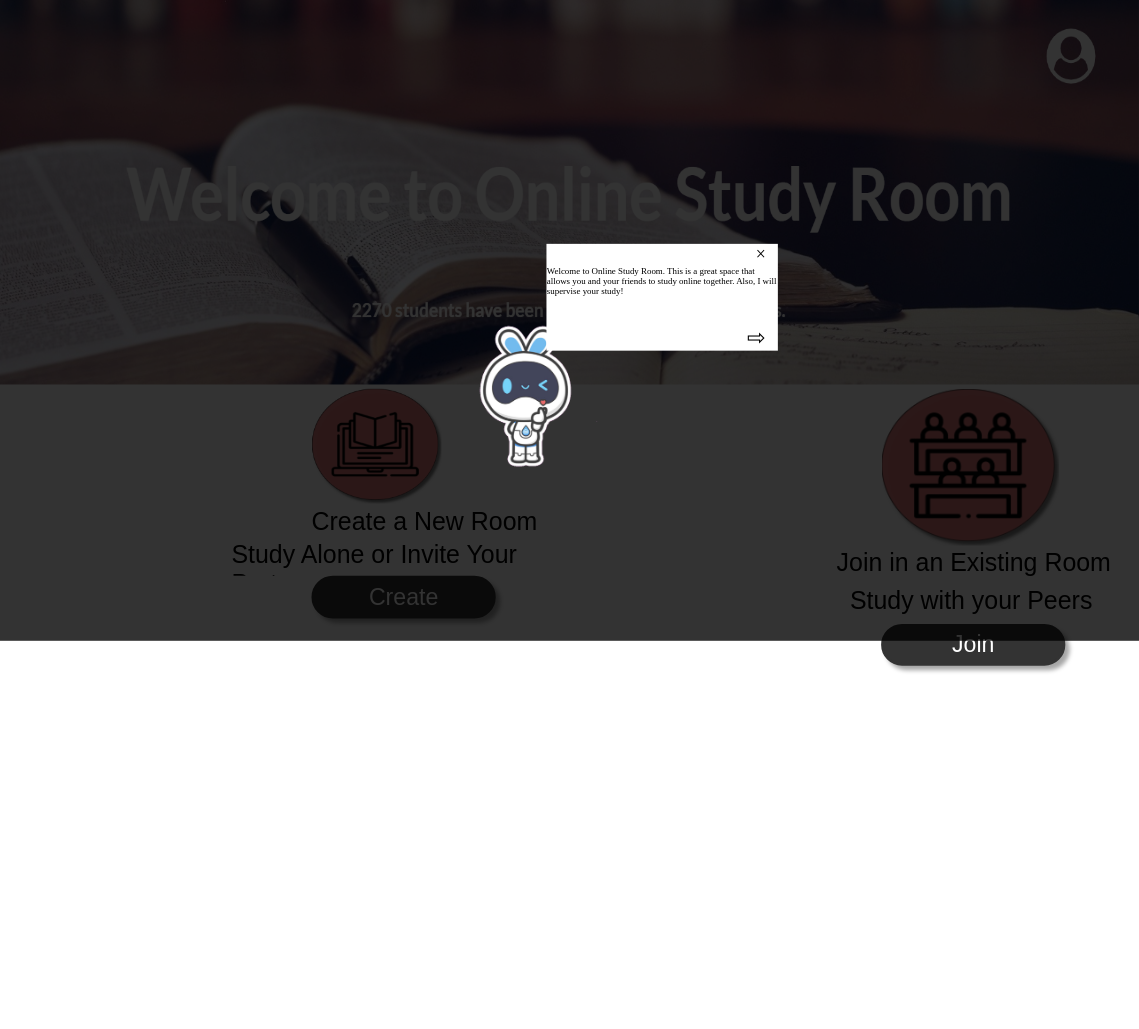
Repository: Team-Extrememe/Online-Study-Room
Page: home.html
An editor plug-in stored every save of this project. The page is shown before and after the next save, followed by the edit.
The browser window is 1280 px wide. The pictures show the whole page, at 89% of full size.

Above is the page before, as saved 2021-10-06 18:53:42.
Console error: TypeError: Cannot set properties of null (setting 'onclick')

### home.html
<!DOCTYPE html>
<html lang="en">
<head>
    <meta charset="UTF-8">
    <meta http-equiv="X-UA-Compatible" content="IE=edge">
    <meta name="viewport" content="width=device-width, initial-scale=1.0">
    <link rel="stylesheet" href="css/style.css">
    <script src="js/jquery-3.6.0.min.js" type="text/javascript"></script>
    <script type="text/javascript" src="js/javascript.js"></script>
    <title>Homepage</title>
</head>
<body>
    <img class="home" src="images/home.png" alt="home_header">
    <a href="login.html" class="account"></a>
    <img class="rabbit" src="images/rabbit1.png" alt="guide_rabbit">
    <div id="light3" class="guide_div">
        <div class="guide_text">
            <div class="close_guide_button">&times;</div>
            <div class="text1">
                Welcome to Online Study Room.  This is a great space that allows you and your friends to study online together.  Also, I will supervise your study!
            </div>
            <div class="next">&#8680;</div>
        </div>
    </div>
    <img class="rabbit2" src="images/rabbit2.png" alt="guide_rabbit2">
    <div id="light4" class="guide_div2">
        <div class="guide_text2">
            <div class="close_guide_button2">&times;</div>
            <span>You can create your own study room here!</span>
            <div class="back">&#8678;</div>
            <div class="next2">&#8680;</div>
        </div>
    </div>
    <img class="rabbit3" src="images/rabbit3.png" alt="guide_rabbit3">
    <div id="light5" class="guide_div3">
        <div class="guide_text3">
            <div class="close_guide_button3">&times;</div>
            <span>Or you can join other's study room.</span>
            <div class="back2">&#8678;</div>
            <div class="next3">&#8680;</div>
        </div>
    </div>
    <img class="rabbit4" src="images/rabbit3.png" alt="guide_rabbit4">
    <div id="light6" class="guide_div4">
        <div class="guide_text4">
            <div class="close_guide_button4">&times;</div>
            <span>You can create an account and log in here.</span>
            <div class="back3">&#8678;</div>
            <div class="next4">&#8680;</div>
        </div>
    </div>
    <img class="rabbit5" src="images/rabbit4.png" alt="guide_rabbit5">
    <div id="light7" class="guide_div5">
        <div class="guide_text5">
            <span>So now, start your learning~ I will always be with you.</span>
            <div class="repeat">Repeat</div>
            <div class="end">Ok</div>
        </div>
    </div>

    <div class="room_container">
        <div class="create_room">
            <img src="images/create.png" alt="create_room">
            <div class="create_text">
                <span class="span1">Create a New Room</span>
                <span class="span2">Study Alone or Invite Your Partners</span>
                <button class="create">Create</button>
            </div>
        </div>
        <div class="join_room">
            <img src="images/join.png" alt="join_room">
            <div class="join_text">
                <span class="span3">Join in an Existing Room</span>
                <span class="span4">Study with your Peers</span>
                <button class="join">Join</button>
            </div>
        </div>
    </div>

    <div id="light" class="popup">
        <div class="close_button">&times;</div>
        <div class="room_type">
            <label>Private
                <input type="checkbox">
            </label>
            <label>Public
                <input type="checkbox">
            </label>
        </div>
        <div class="room_info">
            <label>Number of people:</label>
            <input type="text">
            <span>(Maxium is 6)</span>
            <br>
            <label>Time Setting:</label>
            <input id="time" type="time" step='1' min="00:00:00" max="24:00:00">
        </div>
        <div class="device">

        </div>
        <button class="confirm_create" onclick="location.href='main.html'">Create</button>
    </div>
    <div id="light2" class="popup2">
        <div class="close_button2">&times;</div>
        <img src="images/join2.png" alt="join_other_rooms">
        <div class="room_type">
            <label>Private
                <input type="checkbox">
            </label>
            <label>Public
                <input type="checkbox">
            </label>
        </div>
        <button class="confirm_join">Join</button>
    </div>
    <div id="fade" class="black_overlay"></div>
    <div id="fade1" class="black"></div>
</body>
</html>

### css/style.css

.login{
    background: linear-gradient(144.9063727226063deg , rgba(250, 205, 145, 1) 28.000000000000004%, rgba(250, 248, 145, 1) 92%);
    margin: 0;
    padding: 0;
    height: 100vh;
    overflow: hidden;
}

body{
    margin: 0;
    padding: 0;
    height: 100vh;
    overflow: hidden;
}

div{
    display: block;
}

.login_container{
    position: absolute;
    top: 50%;
    left: 50%;
    transform: translate(-50%, -50%);
    width: 860px;
    background: white;
    height: 900px;
}

.login_container h1{
    text-align: center;
    padding: 0 0 20px 0;
    padding-top: 50px;
}

.login_container h3{
    text-align: center;
    padding-bottom: 50px;
}

.login_container form{
    padding: 0 100px;
    box-sizing: border-box;
}

form .txt_field{
    position: relative;
    margin: 30px 0;
}

.txt_field input{
    width: 60%;
    padding: 5px 5px;
    height: 40px;
    font-size: 16px;
    position: relative;
    left: 140px;
    top: 10px;
    margin-bottom: 30px;
    background-color: #f9f9f9;
    border-style: solid;
    border-color:  #d3d3d3;
    border-radius: 4px;
    border-width: 2px;
    text-indent: 0px;
    text-shadow: none;
    box-shadow: none;
}

.txt_field label{
    position: absolute;
    left: 140px;
    color: #8c8c8c;
    transform: translateY(-100%);
    font-size: 16px;

}

.remember{
    position: relative;
    left: 160px;
    color: #8c8c8c;
}

.check{
    position: relative;
    left: -140px;
}
.forgot{
    position: absolute;
    bottom: 392px;
    left: 480px;
}

.forgot a{
    text-decoration: none;
    color: rgb(43, 158, 217);
}

input[type="submit"]{
    border-width: 0px;
    position: absolute;
    left: 285px;
    top: 700px;
    width: 320px;
    height: 50px;
    background: inherit;
    background-color: rgba(30, 152, 215, 1);
    border: none;
    border-radius: 73px;
    box-shadow: none;
    font-weight: 400;
    font-style: normal;
    font-size: 25px;
    color: white;
    cursor: pointer;
}

input[type="submit"]:hover{
    background-color: rgba(30, 132, 207, 1);
}

.signup_link{
    position: absolute;
    bottom: 100px;
    left: 320px;
    color: #8c8c8c;
}

.signup_link a{
    text-decoration: none;
    color: rgb(43, 158, 217);
}

/* homepage*/

.home{
    width: 100%;
    height: 60%;
}

.account{
    display: inline-block;
    width: 88px;
    height: 81px;
    position: absolute;
    right: 69px;
    top: 41px;
    border-radius: 50%;
}

.room_container{
    width: 100%;
    height: 100%;
}

.create_room{
    width: 50%;
    float: left;
    /* margin-left: 350px; */
    height: 100%;
}

.create_room img{
    /* position: absolute;
    left: 450px; */
    padding-left: 350px;
    height: 18%;
}

.create_text{
    /* position: absolute;
    left: 420px;
    bottom: 100px; */
    font-family: 'Arial Negreta', 'Arial Normal', 'Arial', sans-serif;
    /* padding-left: 340px; */
    float: left;
    height: 10em;
}

.create_text span{
    word-break: normal;
    width: auto;
    display: block;
    white-space: pre-wrap;
    word-wrap: break-word;
    overflow: hidden;
    padding-bottom: 10px;
    font-size: 28px;
}

.create_text span:nth-of-type(2){
    /* position: relative;
    left: -90px; */
    /* padding-left: -50px;
    text-align:left; */
}

.span1{
    padding-left: 350px;
    height: 18%;
}

.span2{
    padding-left: 260px;
    height: 18%;
}

.create{
    margin-left: 350px;
    /* height: 18%; */
}

.create_text button{
    /* position: relative;
    left: 30px; */
    width: 207px;
    height: 30%;
    background: inherit;
    background-color: rgba(51, 51, 51, 1);
    box-sizing: border-box;
    border-width: 3px;
    border-style: solid;
    border-color: rgba(51, 51, 51, 1);
    border-radius: 71px;
    box-shadow: 5px 5px 5px rgb(0 0 0 / 35%);
    font-size: 26px;
    color: rgba(255, 255, 255, 0.996078431372549);
    cursor: pointer;
}

.join_room{
    width: 50%;
    float: right;
}

.join_room img{
    /* position: absolute;
    right: 450px; */
    padding-left: 350px;
    height: 16%;
}

.join_text{
    /* position: absolute;
    right: 420px;
    bottom: 100px; */
    font-family: 'Arial Negreta', 'Arial Normal', 'Arial', sans-serif;
    float: left;
}

.join_text span{
    word-break: normal;
    width: auto;
    display: block;
    white-space: pre-wrap;
    word-wrap: break-word;
    overflow: hidden;
    padding-bottom: 10px;
    font-size: 28px;
    /* position: relative;
    right: -40px; */
}

.span3{
    padding-left: 300px;
}

.span4{
    padding-left: 315px;
}

.join_text span:nth-of-type(2){
    /* position: relative;
    right: -60px; */
}

.join_text button{
    /* position: relative;
    right: -85px; */
    margin-left: 350px;
    width: 207px;
    height: 47px;
    background: inherit;
    background-color: rgba(51, 51, 51, 1);
    box-sizing: border-box;
    border-width: 3px;
    border-style: solid;
    border-color: rgba(51, 51, 51, 1);
    border-radius: 71px;
    box-shadow: 5px 5px 5px rgb(0 0 0 / 35%);
    font-size: 26px;
    color: rgba(255, 255, 255, 0.996078431372549);
    cursor: pointer;
}

/* pop-up*/

.room_info input{
    border: 0;
    outline: 0;
    background: transparent;
    border-bottom: 1px solid black;
}

.popup{
    display: none;
    position: absolute;
    top: 35%;
    left: 37%;
    width: 500px;
    height: 240px;
    border: 10x solid black;
    background-color: white;
    z-index:1002;
    overflow: auto;
}

.popup2{
    display: none;
    position: absolute;
    top: 35%;
    left: 37%;
    width: 500px;
    height: 240px;
    border: 10x solid black;
    background-color: white;
    z-index:1002;
    overflow: auto;
}

.popup2 img{
    position: relative;
    left: 45%;
    top: 10px;
}

.popup2 .room_type{
    position: absolute;
    top: 38%;
}

.black_overlay{
    display: none;
    position: absolute;
    top: 0%;
    left: 0%;
    width: 100%;
    height: 100%;
    background-color: black;
    z-index:1001;
    opacity:.80;
    filter: alpha(opacity=88);
}

.close_button{
    position: absolute;
    right: 20px;
    top: 0px;
    font-size: 35px;
    cursor: pointer;
}

.close_button2{
    position: absolute;
    right: 20px;
    top: 0px;
    font-size: 35px;
    cursor: pointer;
}

.room_type{
    position: absolute;
    left: 28%;
    top: 10%;
    font-size: 20px;
}

.room_type label{
    padding-right: 40px;
}

.room_info{
    position: absolute;
    top: 20%;
    left: 20%;
    margin-top: 25px;
}

.room_info input{
    width: 70px;
}

.room_info label{
    display: inline-block;
    margin-bottom: 25px;
}

.confirm_create{
    position: absolute;
    bottom: 10px;
    left: 35%;
    width: 170px;
    height: 40px;
    background: inherit;
    background-color: rgba(51, 51, 51, 1);
    box-sizing: border-box;
    border-width: 3px;
    border-style: solid;
    border-color: rgba(51, 51, 51, 1);
    border-radius: 71px;
    box-shadow: 3px 2px 3px rgb(0 0 0 / 35%);
    font-size: 16px;
    color: rgba(255, 255, 255, 0.996078431372549);
    cursor: pointer;
}

.confirm_join{
    position: absolute;
    bottom: 25px;
    left: 35%;
    width: 170px;
    height: 40px;
    background: inherit;
    background-color: rgba(51, 51, 51, 1);
    box-sizing: border-box;
    border-width: 3px;
    border-style: solid;
    border-color: rgba(51, 51, 51, 1);
    border-radius: 71px;
    box-shadow: 3px 2px 3px rgb(0 0 0 / 35%);
    font-size: 16px;
    color: rgba(255, 255, 255, 0.996078431372549);
    cursor: pointer;
}

/* rabbit guide*/

.rabbit{
    width: 160px;
    height: 180px;
    float: left;
    position: absolute;
    left: 40%;
    top: 50%;
    display: block;
    position: absolute;
    background-color: transparent;
    z-index:1002;
    overflow: auto;
}

.rabbit2{
    width: 400px;
    /* height: 180px; */
    float: left;
    position: absolute;
    left: 31%;
    top: 56%;
    display: none;
    position: absolute;
    background-color: transparent;
    z-index:1002;
    overflow: auto;
}

.rabbit3{
    width: 400px;
    /* height: 180px; */
    float: left;
    position: absolute;
    left: 53%;
    top: 56%;
    display: none;
    position: absolute;
    background-color: transparent;
    z-index:1002;
    overflow: auto;
}

.rabbit4{
    width: 400px;
    /* height: 180px; */
    float: left;
    position: absolute;
    right: 5%;
    top: 12%;
    display: none;
    position: absolute;
    background-color: transparent;
    z-index:1002;
    overflow: auto;
}

.rabbit5{
    width: 200px;
    height: 200px;
    float: left;
    position: absolute;
    left: 35%;
    top: 56%;
    display: none;
    position: absolute;
    background-color: transparent;
    z-index:1002;
    overflow: auto;
}

.black{
    display: none;
    position: absolute;
    top: 0%;
    left: 0%;
    width: 100%;
    height: 100%;
    background-color: black;
    z-index:1001;
    opacity:.80;
    filter: alpha(opacity=88);
}

.guide_div {
    display: block;
    position: absolute;
    top: 38%;
    left: 48%;
    width: 260px;
    height: 120px;
    border: 10x solid black;
    background-color: white;
    z-index:1002;
    overflow: auto;
}

.guide_div2{
    display: none;
    position: absolute;
    bottom: 30%;
    left: 27%;
    width: 215px;
    height: 70px;
    border: 10x solid black;
    background-color: white;
    z-index:1002;
    overflow: none;
}

.guide_div3{
    display: none;
    position: absolute;
    bottom: 31%;
    right: 22%;
    width: 215px;
    height: 70px;
    border: 10x solid black;
    background-color: white;
    z-index:1002;
    overflow: none;
}

.guide_div4{
    display: none;
    position: absolute;
    top: 14%;
    right: 1%;
    width: 215px;
    height: 70px;
    border: 10x solid black;
    background-color: white;
    z-index:1002;
    overflow: none;
}

.guide_div5{
    display: none;
    position: absolute;
    bottom: 37%;
    left: 44%;
    width: 215px;
    height: 70px;
    border: 10x solid black;
    background-color: white;
    z-index:1002;
    overflow: none;
}

/* .text1::before{
    background-color: #F2F2F2;
    bottom: -5px;
    box-shadow: -2px 2px 2px 0 rgba(178, 178, 178, 0.4);
    content: " ";
    display: block;
    height: 13px;
    left: 5px;
    position: absolute;
    transform: rotate(-35deg) skew(-35deg);
    width: 15px;
} */

#fade1{
    display: block;
}

.light3{
    display: block;
}

.light4{
    display: block;
}

.light5{
    display: block;
}

.light6{
    display: block;
}

.light7{
    display: block;
}

.text1{
    font-size: 10px;
    position: absolute;
    top: 25px;
    /* background-color: #F2F2F2;
    border-radius: 5px;
    box-shadow: 0 0 6px #B2B2B2;
    display: inline-block;
    padding: 10px 18px;
    position: relative;
    vertical-align: top;
    float: left;
    margin: 5px 45px 5px 20px;     */
}

.guide_text2 span{
    font-size: 14px;
    position: absolute;
    top: 20px;
}

.guide_text3 span{
    font-size: 14px;
    position: absolute;
    top: 20px;
}

.guide_text4 span{
    font-size: 14px;
    position: absolute;
    top: 20px;
}

.guide_text5 span{
    font-size: 14px;
    position: absolute;
}

.close_guide_button{
    position: absolute;
    right: 14px;
    top: 0px;
    font-size: 20px;
    cursor: pointer;
}

.close_guide_button2{
    position: absolute;
    left: 184px;
    top: -2px;
    font-size: 20px;
    cursor: pointer;
}

.close_guide_button3{
    position: absolute;
    left: 184px;
    top: -2px;
    font-size: 20px;
    cursor: pointer;
}

.close_guide_button4{
    position: absolute;
    left: 184px;
    top: -2px;
    font-size: 20px;
    cursor: pointer;
}

.next{
    position: absolute;
    right: 14px;
    bottom: 0;
    font-size: 25px;
    cursor: pointer;
}

.next2{
    position: absolute;
    right: 14px;
    bottom: 0;
    font-size: 25px;
    cursor: pointer;
}

.next3{
    position: absolute;
    right: 14px;
    bottom: 0;
    font-size: 25px;
    cursor: pointer;
}

.next4{
    position: absolute;
    right: 14px;
    bottom: 0;
    font-size: 25px;
    cursor: pointer;
}

.back{
    position: absolute;
    right: 35px;
    bottom: 0;
    font-size: 25px;
    cursor: pointer;
}

.back2{
    position: absolute;
    right: 35px;
    bottom: 0;
    font-size: 25px;
    cursor: pointer;
}

.back3{
    position: absolute;
    right: 35px;
    bottom: 0;
    font-size: 25px;
    cursor: pointer;
}

.repeat, .end{
    font-size: 10px;
}

.repeat{
    position: absolute;
    right: 52px;
    bottom: 4px;
    cursor: pointer;
}

.end{
    position: absolute;
    right: 14px;
    bottom: 4px;
    cursor: pointer;
}

/* main page*/

Loaded but not shown: js/jquery-3.6.0.min.js (library); js/javascript.js (319 lines, source omitted)

After the next save:
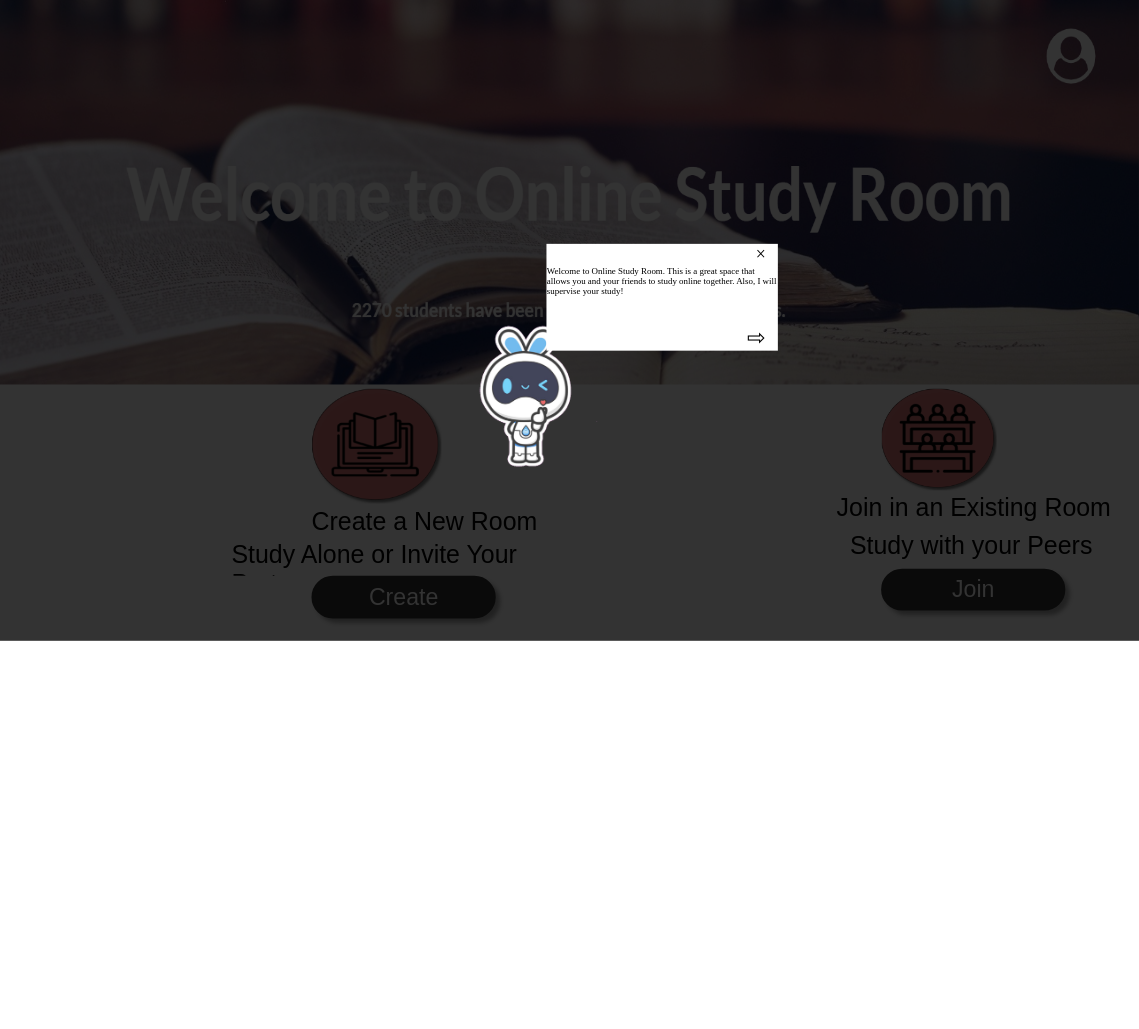
Saved 2 min 53 s later.
--- a/css/style.css
+++ b/css/style.css
@@ -233,6 +233,7 @@ input[type="submit"]:hover{
 .join_room{
     width: 50%;
     float: right;
+    height: 100%;
 }
 
 .join_room img{
@@ -265,10 +266,12 @@ input[type="submit"]:hover{
 
 .span3{
     padding-left: 300px;
+    height: 18%;
 }
 
 .span4{
     padding-left: 315px;
+    height: 18%;
 }
 
 .join_text span:nth-of-type(2){
